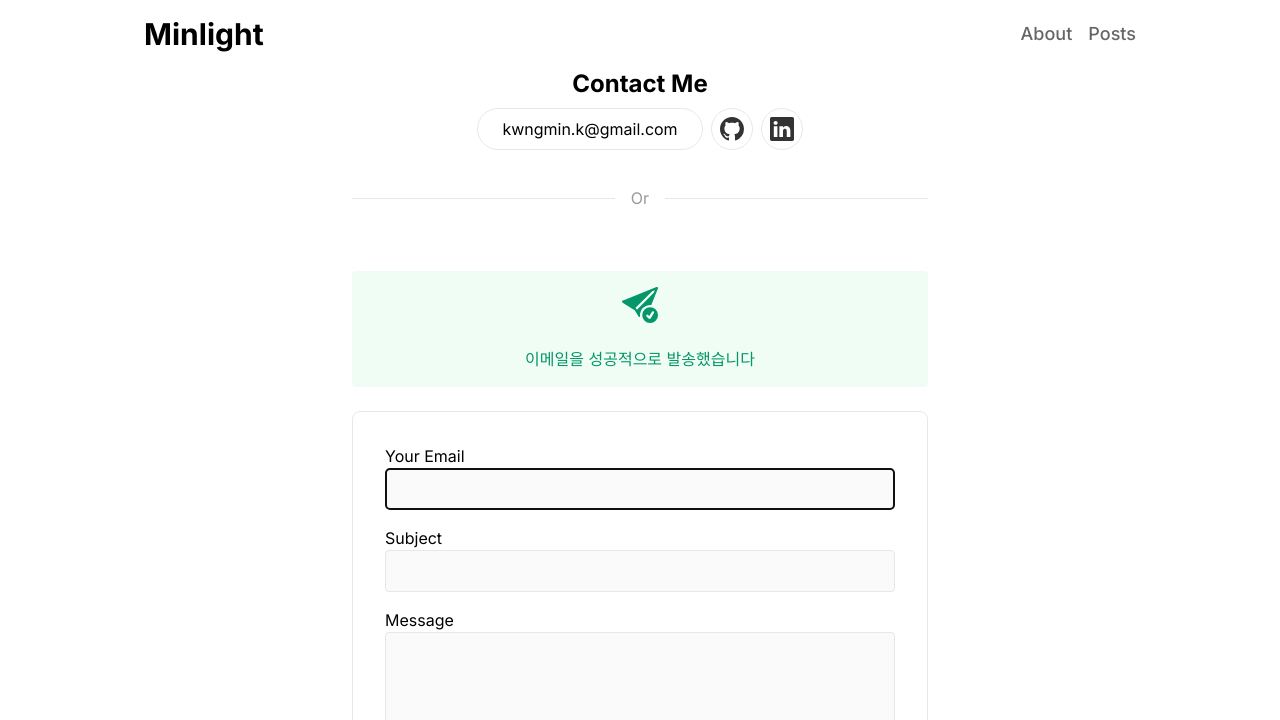
Repository: kwngmin/minlight-blog
Page: /contact
An editor plug-in stored every save of this project. The page is shown before and after the next save, followed by the edit.
The browser window is 1280 px wide. The pictures show the whole page.
An inner scrolling area shows only its first screen. The project was rebuilt for these pictures with package versions that can differ from the ones it lists, and the page was loaded fresh each time. The framework's server and built-in components were replaced by stand-ins that run in the browser. Also part of the build but not shown: next.config.js.

Above is the page before, as saved 2023-04-03 17:39:20.

### src/app/layout.tsx
import Footer from "@/components/Footer";
import "./globals.css";
import { Inter } from "next/font/google";
import Header from "@/components/Header";

const inter = Inter({ subsets: ["latin"] });

export const metadata = {
  title: "Create Next App",
  description: "Generated by create next app",
};

export default function RootLayout({
  children,
}: {
  children: React.ReactNode;
}) {
  return (
    <html lang="en" className={inter.className}>
      <body className="flex flex-col">
        <Header />
        <main className="max-w-screen-lg mx-auto w-full grow px-4">
          {children}
        </main>
        <Footer />
      </body>
    </html>
  );
}

### src/app/contact/page.tsx
import ContactForm from "@/components/ContactForm";
import { BsLinkedin, BsGithub } from "react-icons/bs";
export default function ContactPage() {
  const LINKS = [
    { icon: <BsGithub />, url: "https://github.com/kwngmin" },
    {
      icon: <BsLinkedin />,
      url: "https://www.linkedin.com/in/%EA%B4%91%EB%AF%BC-%EA%B9%80-52b83a25a/",
    },
  ];
  return (
    <section className="flex flex-col items-center gap-2 max-w-xl mx-auto">
      <h2 className="text-2xl font-bold">Contact Me</h2>
      <ul className="flex justify-center items-center gap-2">
        <a
          href="mailto:kwngmin.k@gmail.com"
          className="px-6 rounded-full hover:bg-black hover:text-white py-2 border"
        >
          kwngmin.k@gmail.com
        </a>
        {LINKS.map(({ url, icon }, index) => (
          <a
            href={url}
            key={index}
            target="_blank"
            rel="noreferrer"
            className="text-2xl text-black/80 hover:bg-black hover:text-white rounded-full p-2 border"
          >
            {icon}
          </a>
        ))}
      </ul>
      <div className="w-full relative flex justify-center">
        <div className="w-full my-10 border-b"></div>
        <span className="absolute top-7 bg-white px-4 text-black/40">Or</span>
      </div>
      <ContactForm />
    </section>
  );
}

### src/components/Footer.tsx
export default function Footer() {
  return (
    <section className="text-center py-16 text-black/30 border-t mt-12">
      © 2023 Minlight
    </section>
  );
}

### src/app/globals.css
@tailwind base;
@tailwind components;
@tailwind utilities;

* {
  box-sizing: border-box;
  padding: 0;
  margin: 0;
}

html,
body {
  height: 100vh;
  overflow-y: auto;
}

/*
:root {
  --max-width: 1100px;
  --border-radius: 12px;
  --font-mono: ui-monospace, Menlo, Monaco, "Cascadia Mono", "Segoe UI Mono",
    "Roboto Mono", "Oxygen Mono", "Ubuntu Monospace", "Source Code Pro",
    "Fira Mono", "Droid Sans Mono", "Courier New", monospace;

  --foreground-rgb: 0, 0, 0;
  --background-start-rgb: 214, 219, 220;
  --background-end-rgb: 255, 255, 255;

  --primary-glow: conic-gradient(
    from 180deg at 50% 50%,
    #16abff33 0deg,
    #0885ff33 55deg,
    #54d6ff33 120deg,
    #0071ff33 160deg,
    transparent 360deg
  );
  --secondary-glow: radial-gradient(
    rgba(255, 255, 255, 1),
    rgba(255, 255, 255, 0)
  );

  --tile-start-rgb: 239, 245, 249;
  --tile-end-rgb: 228, 232, 233;
  --tile-border: conic-gradient(
    #00000080,
    #00000040,
    #00000030,
    #00000020,
    #00000010,
    #00000010,
    #00000080
  );

  --callout-rgb: 238, 240, 241;
  --callout-border-rgb: 172, 175, 176;
  --card-rgb: 180, 185, 188;
  --card-border-rgb: 131, 134, 135;
}

@media (prefers-color-scheme: dark) {
  :root {
    --foreground-rgb: 255, 255, 255;
    --background-start-rgb: 0, 0, 0;
    --background-end-rgb: 0, 0, 0;

    --primary-glow: radial-gradient(rgba(1, 65, 255, 0.4), rgba(1, 65, 255, 0));
    --secondary-glow: linear-gradient(
      to bottom right,
      rgba(1, 65, 255, 0),
      rgba(1, 65, 255, 0),
      rgba(1, 65, 255, 0.3)
    );

    --tile-start-rgb: 2, 13, 46;
    --tile-end-rgb: 2, 5, 19;
    --tile-border: conic-gradient(
      #ffffff80,
      #ffffff40,
      #ffffff30,
      #ffffff20,
      #ffffff10,
      #ffffff10,
      #ffffff80
    );

    --callout-rgb: 20, 20, 20;
    --callout-border-rgb: 108, 108, 108;
    --card-rgb: 100, 100, 100;
    --card-border-rgb: 200, 200, 200;
  }
}

* {
  box-sizing: border-box;
  padding: 0;
  margin: 0;
}

html,
body {
  max-width: 100vw;
  overflow-x: hidden;
}

body {
  color: rgb(var(--foreground-rgb));
  background: linear-gradient(
      to bottom,
      transparent,
      rgb(var(--background-end-rgb))
    )
    rgb(var(--background-start-rgb));
}

a {
  color: inherit;
  text-decoration: none;
}

@media (prefers-color-scheme: dark) {
  html {
    color-scheme: dark;
  }
} */

### src/components/Header.tsx
import Link from "next/link";

const navData = [
  { name: "About", path: "/about" },
  { name: "Posts", path: "/posts" },
];

export default function Header() {
  return (
    <div className="w-full flex justify-between items-center p-4 mx-auto max-w-screen-lg">
      <Link href="/">
        <h1 className="text-3xl font-bold">Minlight</h1>
      </Link>
      <nav className="flex gap-4 px-4 lg:px-0">
        {navData.map(({ name, path }) => (
          <Link
            href={path}
            key={path}
            className="text-black/60 hover:text-black text-lg font-medium hover:underline decoration-slate-400 hover:decoration-4 underline-offset-8"
          >
            {name}
          </Link>
        ))}
      </nav>
    </div>
  );
}

### src/components/ContactForm.tsx
"use client";
import { ChangeEvent, FormEvent, useState } from "react";
import Banner, { BannerData } from "./banner";
import TextareaAutosize from "react-textarea-autosize";
import { BsSendCheckFill } from "react-icons/bs";

type Form = {
  from: string;
  subject: string;
  message: string;
};
export default function ContactForm() {
  const [form, setForm] = useState<Form>({
    from: "",
    subject: "",
    message: "",
  });
  const [banner, setBanner] = useState<BannerData | null>(null);
  const onChange = (e: ChangeEvent<HTMLInputElement | HTMLTextAreaElement>) => {
    const { name, value } = e.target;
    setForm((prev) => ({ ...prev, [name]: value }));
  };
  const onSubmit = (e: FormEvent<HTMLFormElement>) => {
    e.preventDefault();
    console.log(e.target);
    setBanner({ message: "성공했어", state: "success" });
    // setTimeout(() => {
    //   setBanner(null);
    // }, 5000);
    // setForm({
    //   from: "",
    //   subject: "",
    //   message: "",
    // });
  };
  const INPUT_BOX = "mb-4 resize-none px-3 py-2 border rounded bg-zinc-50";
  return (
    <section className="w-full">
      {/* {banner && <Banner banner={banner} />}
       */}
      <div className="bg-green-50 px-4 py-4 my-6 rounded flex flex-col items-center text-emerald-600">
        <BsSendCheckFill className="text-4xl mb-6" />
        <span>{`이메일을 성공적으로 발송했습니다`}</span>
      </div>
      <form
        onSubmit={onSubmit}
        className="flex flex-col border p-8 w-full rounded-lg"
      >
        <label htmlFor="from">Your Email</label>
        <input
          type="email"
          id="from"
          required
          autoFocus
          name="from"
          value={form.from}
          onChange={onChange}
          className={INPUT_BOX}
        />
        <label htmlFor="subject">Subject</label>
        <input
          type="string"
          id="subject"
          required
          name="subject"
          value={form.subject}
          onChange={onChange}
          className={INPUT_BOX}
        />
        <label htmlFor="message">Message</label>
        <TextareaAutosize
          rows={6}
          minRows={6}
          id="message"
          required
          name="message"
          value={form.message}
          onChange={onChange}
          className={INPUT_BOX}
        />
        <button className="bg-zinc-100 hover:bg-zinc-300 rounded-lg h-12">
          Send Email
        </button>
      </form>
    </section>
  );
}

### tailwind.config.js
/** @type {import('tailwindcss').Config} */
module.exports = {
  content: ["./src/**/*.{js,ts,jsx,tsx}"],
  theme: {
    extend: {},
  },
  plugins: [require("@tailwindcss/typography")],
};

After the next save:
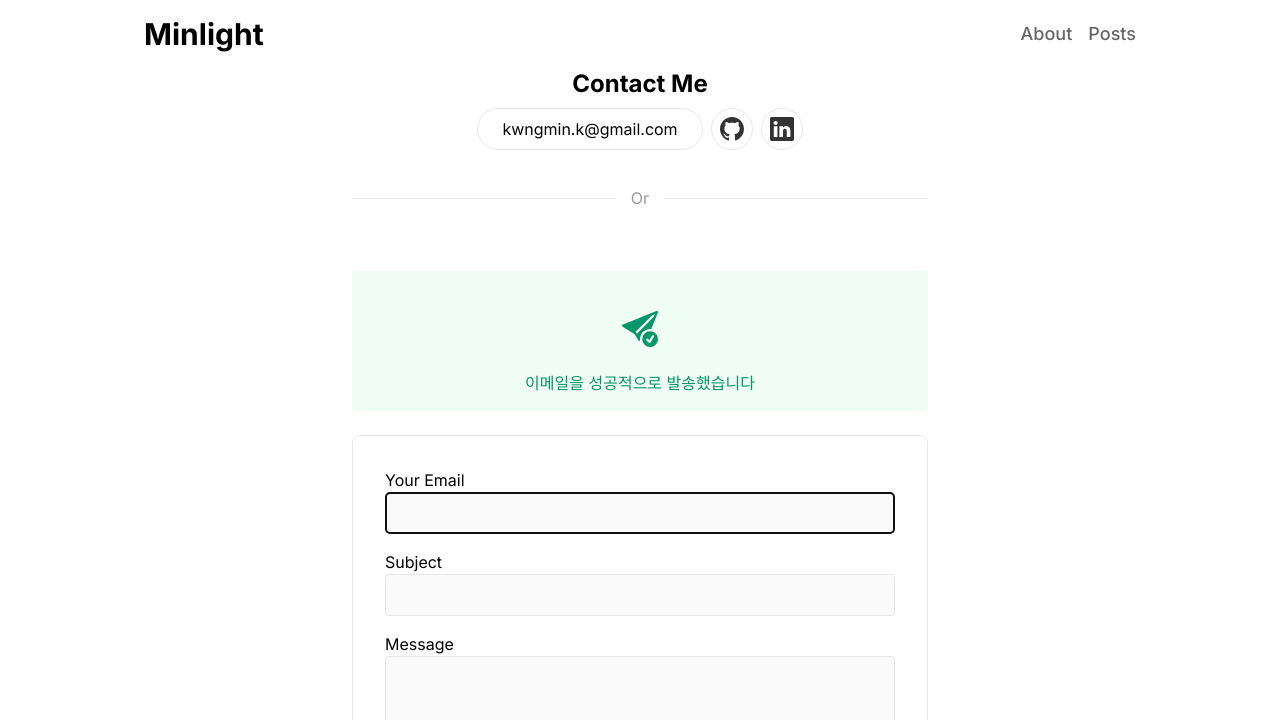
Saved 4 s later.
--- a/src/components/ContactForm.tsx
+++ b/src/components/ContactForm.tsx
@@ -39,7 +39,7 @@
       {/* {banner && <Banner banner={banner} />}
        */}
       <div className="bg-green-50 px-4 py-4 my-6 rounded flex flex-col items-center text-emerald-600">
-        <BsSendCheckFill className="text-4xl mb-6" />
+        <BsSendCheckFill className="text-4xl my-6" />
         <span>{`이메일을 성공적으로 발송했습니다`}</span>
       </div>
       <form

After the save that followed:
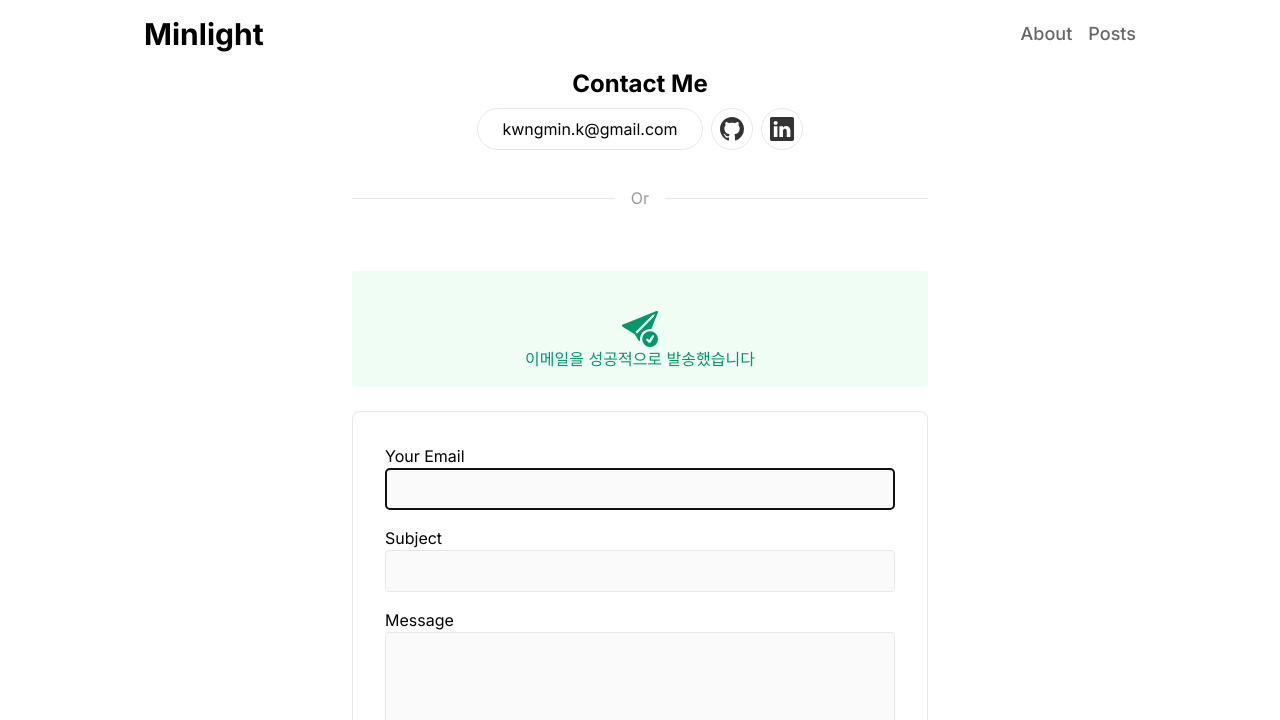
Saved 6 s later.
--- a/src/components/ContactForm.tsx
+++ b/src/components/ContactForm.tsx
@@ -39,7 +39,7 @@
       {/* {banner && <Banner banner={banner} />}
        */}
       <div className="bg-green-50 px-4 py-4 my-6 rounded flex flex-col items-center text-emerald-600">
-        <BsSendCheckFill className="text-4xl my-6" />
+        <BsSendCheckFill className="text-4xl mt-6" />
         <span>{`이메일을 성공적으로 발송했습니다`}</span>
       </div>
       <form
